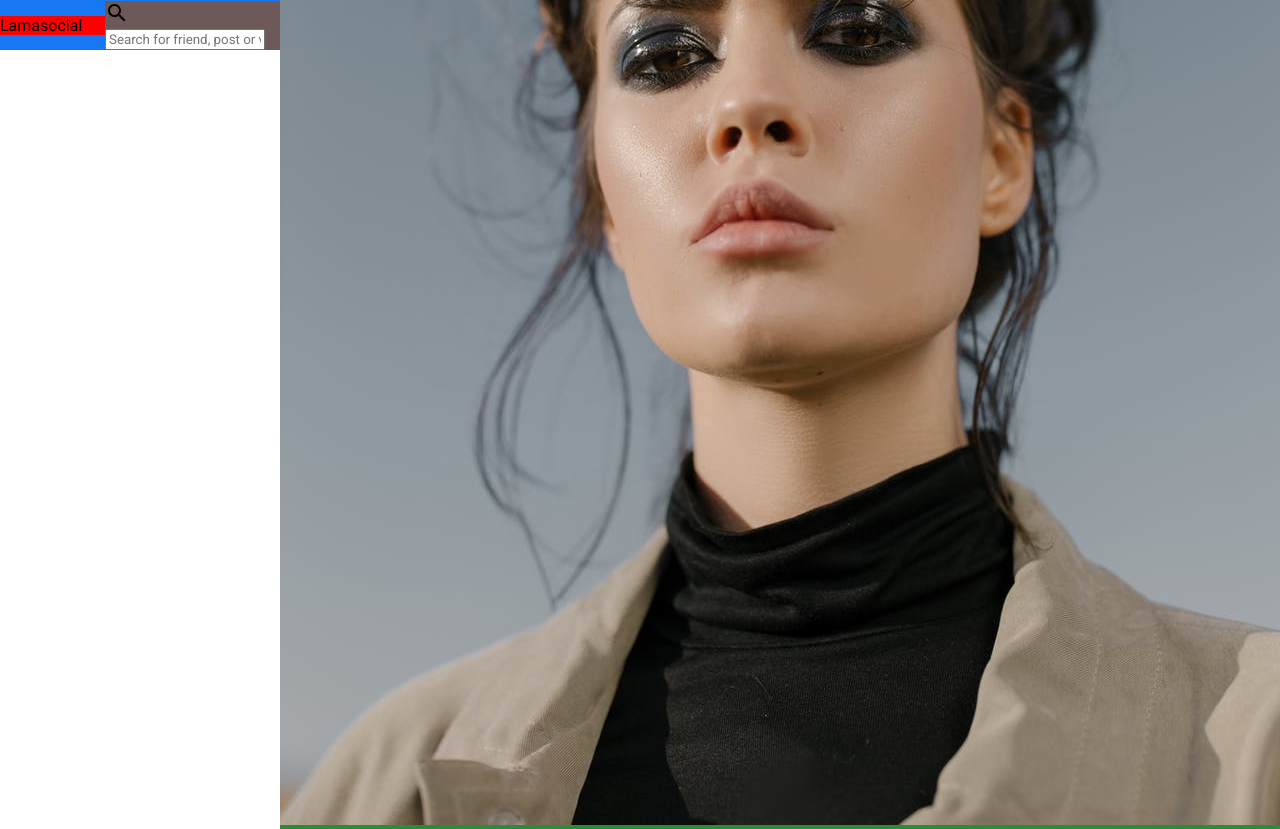
Repository: nazlinres01/react-social
Page: / (app in client/)
An editor plug-in stored every save of this project. The page is shown before and after the next save, followed by the edit.
The browser window is 1280 px wide. The pictures show the whole page.
The project was rebuilt for these pictures with package versions that can differ from the ones it lists, and the page was loaded fresh each time.

Above is the page before, as saved 2024-06-07 21:32:14.

### client/public/index.html
<!DOCTYPE html>
<html lang="en">

<head>
  <meta charset="utf-8" />
  <meta name="viewport" content="width=device-width, initial-scale=1" />
  <meta name="description" content="Web site created using create-react-app" />
  <link
    href="https://fonts.googleapis.com/css2?family=Roboto:ital,wght@0,100;0,300;0,400;0,500;0,700;0,900;1,100;1,300;1,400;1,500;1,700;1,900&display=swap"
    rel="stylesheet">
    <link rel="stylesheet" href="style.css">
  <title>Social App</title>
</head>

<body>
  <noscript>You need to enable JavaScript to run this app.</noscript>
  <div id="root"></div>
</body>

</html>

### client/src/App.js
import Home from "./pages/home/Home";

function App() {
  return <Home />
}

export default App;

### client/src/pages/home/Home.js
import Topbar from "../../components/topbar/Topbar";

export default function Home() {
    return (
        <Topbar />
    )
}

### client/src/components/topbar/Topbar.jsx
import "./topbar.css"
import { Search, Person, Chat, Notifications } from "@material-ui/icons"

export default function Topbar() {
  return (
    <div className="topbarContainer">
      <div className="topbarLeft">
        <span className="logo">Lamasocial</span>
      </div>
      <div className="topbarCenter">
        <div className="searchbar">
          <Search />
          <input placeholder="Search for friend, post or video" className="searchInput" />
        </div>
      </div>
      <div className="topbarRight">
        <div className="topbarLinks">
          <span className="topbarLink">Homepage</span>
          <span className="topbarLink">Timeline</span>
        </div>
        <div className="topbarIcons">
          <div className="topbarIconItem">
            <Person />
            <span className="topbarIconBadge">1</span>
          </div>
          <div className="topbarIconItem">
            <Chat />
            <span className="topbarIconBadge">2</span>
          </div>
          <div className="topbarIconItem">
            <Notifications />
            <span className="topbarIconBadge">1</span>
          </div>
        </div>
        <img src="/assets/person/1.jpeg" alt="" className="topbarImg" />
      </div>

    </div>
  )
}

### client/src/components/topbar/topbar.css
.topbarContainer {
    height: 50px;
    width: 100%;
    background-color: #1877f2;
    display: flex;
    align-items: center;
    position: sticky;
    top: 0;
}

.topbarLeft {
    flex: 3;
    background-color: red;
}

.topbarCenter {
    flex: 5;
    background-color: rgb(110, 89, 89);
}

.topbarRight {
    flex: 4;
    background-color: rgb(43, 139, 55);
}

Loaded but not shown: client/src/index.js (common file); client/public/style.css (common file)

After the next save:
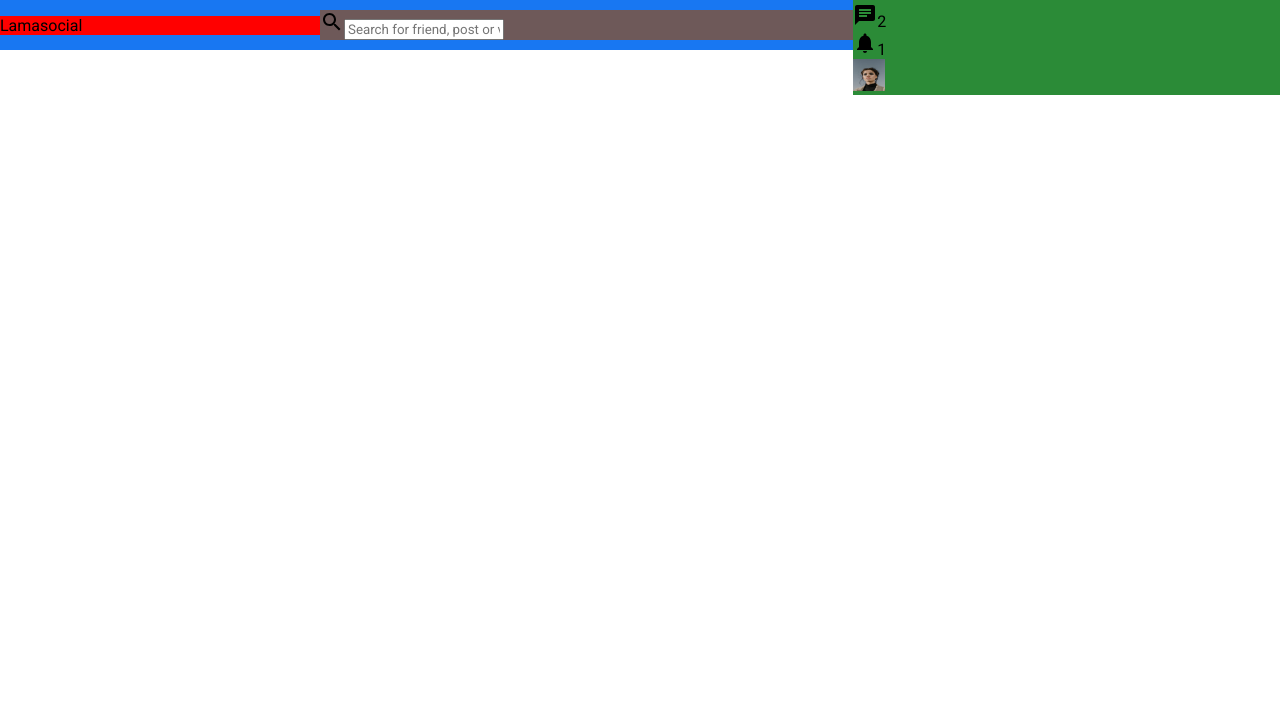
Saved 2 min 29 s later.
--- a/client/src/components/topbar/topbar.css
+++ b/client/src/components/topbar/topbar.css
@@ -22,3 +22,8 @@
     flex: 4;
     background-color: rgb(43, 139, 55);
 }
+
+.topbarImg{
+    width: 32px;
+    height: 32px;
+}
